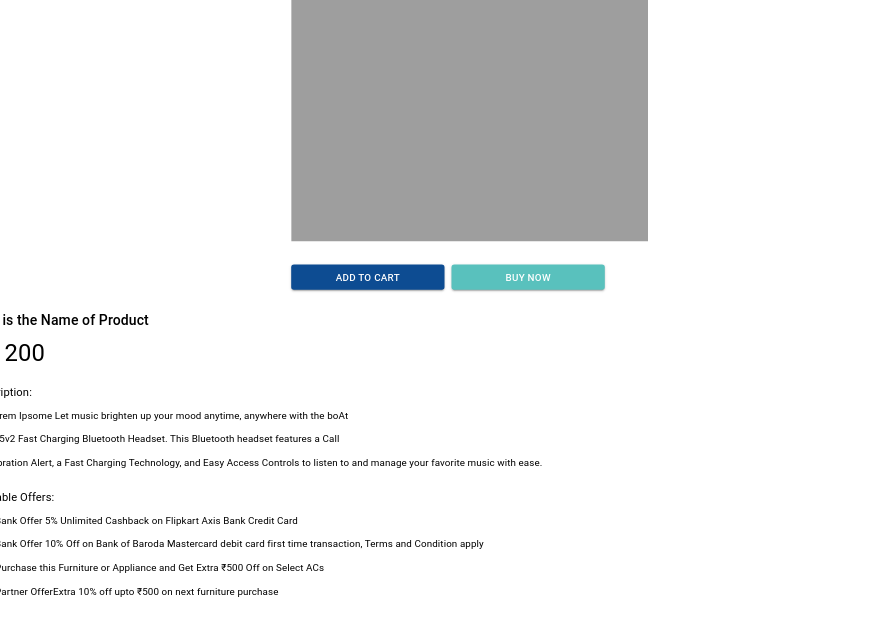
Repository: robin-fareye/reactjs-frontend-flipzone
Page: /
These files come from the project's save history. The page is drawn as it stood at one moment and after a run of saves; the edit follows.
The browser window is 1280 px wide. The pictures show the part of the page from y = 0 to 1920 px (the page is 889 px tall before and 3126 px after), at 70% of full size.
Pictures or frames that could not be fetched are drawn as grey boxes. The project was rebuilt for these pictures with package versions that can differ from the ones it lists, and the page was loaded fresh each time. Also part of the build but not shown: src/App.css, src/api/Login.js, src/component/auth/Login.js, src/component/category/Category.css, src/component/category/Category.js, src/component/header/Header.css, src/component/header/Header.js, src/component/helper/Slide.css and 5 more.

Above is the page before, as saved 2022-11-14 19:17:12.

### src/App.js
import React from 'react';
import './App.css';
import Login from './component/auth/Login';
import Category from './component/category/Category';
import Header from './component/header/Header';
import Home from './component/home/Home';
import Cart from './component/Cart/Cart';
import ProductCatalouge from './component/ProductCatalogue/ProductCatalouge';
import ProductDetails from './component/ProductDetails/ProductDetails';
import CheckoutPage from './component/Checkout/CheckoutPage';
import RetailerAddProduct from './component/retailer/RetailerAddProduct';
function App() {
  return (
    <div>

      <ProductDetails/>

    </div>
  );
}

export default App;

### src/component/ProductDetails/ProductDetails.js
import { Box, Button, Typography } from '@mui/material'
import React from 'react'
import "./ProductDetails.css"
import LocalOfferIcon from '@mui/icons-material/LocalOffer';
import ArrowRightIcon from '@mui/icons-material/ArrowRight';

const des="Lorem Ipsome Let music brighten up your mood anytime, anywhere with the boAt#235v2 Fast Charging Bluetooth Headset. This Bluetooth headset features a Call#Vibration Alert, a Fast Charging Technology, and Easy Access Controls to listen to and manage your favorite music with ease."
const description=des.split("#")

const ProductDetails = () => {
  return (
    <Box className='main-container'>
        <Box className='image-container'>
            <img
            className='image-item'
            src='https://rukminim1.flixcart.com/image/416/416/kcgk1ow0/headphone/n/u/a/235v2-fast-charging-boat-original-imaftk6us4af7bca.jpeg?q=70'
            alt='image'
            />
            <Box className='action-button-container'>
            <Button className='action-button cart-button' variant="contained">Add To Cart</Button>
            <Button className='action-button buy-now-button' variant="contained">Buy Now</Button>
            </Box>
        </Box>
        <Box className='details-container'>
            <Typography className='mrbt-10' variant='h6' >This is the Name of Product</Typography>
            <Typography className='mrbt-10 section' variant='h4'>$ 1200</Typography>
            <Typography className='mrbt-10' variant='body1'>Description: </Typography>
            <Box className='section'>
            {description?.map((listItem)=>{
                return(
                    <Box className='description-container mrbt-10'>
                        <ArrowRightIcon className='icon-tag' />
                        <Typography  variant='body2'>{listItem}</Typography>
                    </Box>
                )
            })}
            </Box>
            {/* <Typography className='mrbt-10' variant='body2'>{des}</Typography> */}
            <Typography className='mrbt-10 ' variant='body1'>Available Offers: </Typography>
            <Box className='offer mrbt-10'>
                <LocalOfferIcon className='icon-tag'/>
                <Typography variant='body2'>Bank Offer 5% Unlimited Cashback on Flipkart Axis Bank Credit Card</Typography>
            </Box>
            <Box className='offer mrbt-10'>
                <LocalOfferIcon className='icon-tag'/>
                <Typography variant='body2'>Bank Offer 10% Off on Bank of Baroda Mastercard debit card first time transaction, Terms and Condition apply</Typography>
            </Box>
            <Box className='offer mrbt-10'>
                <LocalOfferIcon className='icon-tag'/>
                <Typography variant='body2'>Purchase this Furniture or Appliance and Get Extra ₹500 Off on Select ACs</Typography>
            </Box>
            <Box className='offer mrbt-10'>
                <LocalOfferIcon className='icon-tag'/>
                <Typography variant='body2'>Partner OfferExtra 10% off upto ₹500 on next furniture purchase</Typography>
            </Box>
        </Box>
    </Box>
  )
}

export default ProductDetails

### src/component/auth/Login.css
.body{
    padding: 0px;
}
.main-container{
    display: flex;
    height: 100vh;
    padding: 0px !important;
}
.left-section{
    width: 40%;
    background-color:#0D4C92;
    padding:250px;
}
.right-section{
    width: 60%;
    /* padding: 100px; */
    display: flex;
    align-items: center;
    justify-content: center;
}
.login-container{
    display: flex;
    flex-direction: column;
    /* border: 1px solid black; */
}
.welcome-text{
    margin-bottom: 20px !important;
    margin: 10px !important;
}
.welcome-subtext{
    color: gray;
    margin: 10px !important;
}
.auth-text-field{
    margin: 10px  !important;
}
.login-button{
    margin-top: 10px !important;
    background-color: #0D4C92;
    color: aliceblue;
    font-weight: 600;
    margin: 10px !important;
}
.sign-up-container{
    display: flex;
    margin: 10px;
    margin-top: 0px !important;
}
.sign-up-text{
    color: grey;
    padding-top:6px;
    margin: 10px;
}
.sign-up-text-button{

}
.left-box-text{
    color: azure;
    margin-bottom: 20px !important;
}
.logo-image{
    height: 50%;
    width: 30%;
}
#user-type{
    margin: 10px;
    color: gray;
}
.user-type-item{
    margin-left: 0px !important;
    margin-right: 10px !important;
}

### src/component/Cart/Cart.css
body{
    padding: 10px 70px;
}
.main-container{
    display: flex;
    height: 100vh;
}
.item-list{
    width: 65%;
}
.order-details{
    width: 35%;
}
.order-list-header{
    height: 60px;
    border: 1px solid rgb(172, 171, 171);

}
.item-count{
    font-weight: 800 !important;
    font-size: 22px !important;
    margin: 12px !important;
}
.card-list-container{
    margin-top: 10px;
    display: flex;
    height: 200px;
    border: 1px solid rgb(172, 171, 171);
    /* border-top: 0px; */
}
.image-and-count{
    width: 25%;
    display: flex;
    justify-content: center;
}
.description{
    padding: 10px;
    width: 75%;
}
.action-button-container{
    display: flex;
    align-items: center;
}
.counter{
    display: flex;
    height: 30px;
    width: 90px;
    border: 1px solid rgb(161, 159, 159);
    border-radius: 5px;
}
.add-box{
    width: 30px;
    display: flex;
    justify-content: center;
    align-items: center;
}
.remove-box{
    width: 30px;
    display: flex;
    justify-content: center;
    align-items: center;
}
.count-box{
    width: 30px;
    border-right:1px solid rgb(161, 159, 159);
    border-left:1px solid rgb(161, 159, 159);
    display: flex;
    justify-content: center;
    align-items: center;
}
.summery-card{
    border: 1px solid rgb(172, 171, 171);
    margin-left: 20px;

}
.summery-header{
    border-bottom: 1px solid rgb(172, 171, 171);
    height: 60px;
    display: flex;
    padding-left: 10px;
    align-items: center;
}
.summery-content{
    padding:12px;
}
.table-structure{
    margin-bottom: 20px;
    display: flex;
    justify-content: space-between;
}

### src/component/ProductDetails/ProductDetails.css
.main-container{
    display: flex;
    /* width: 100vw; */
    height: 95vh;
    padding: 20px;
}
.image-container{
    width: 35%;
    /* height: 100vh; */
}
.details-container{
    width: 65%;
    padding: 20px;
    margin-right: 560px;
    margin-left: 30px;
}
.image-item{
    width: 510px;
    height: 510px;
    margin-top: 40px;
}
.action-button-container{
    margin-top: 22px;
    display: flex;
    height: 50px;
    gap: 10px;
}
.action-button{
    width: 50%;
}
.cart-button{
    background-color: #0D4C92 !important;
}
.buy-now-button{
    background-color: #59C1BD !important;
}
.offer{
    display: flex;
    gap: 10px;
}
.mrbt-10{
    margin-bottom: 10px !important;
}
.section{
    margin-bottom: 24px !important;
}
.icon-tag{
    color:#0D4C92 ;
}
.description-container{
    display: flex;
}

### src/component/Checkout/CheckoutPage.css
body {
    padding: 0px;
    margin: 0px;
}

.checkout-container {
    display: flex;

}

.address-container {
    width: 50%;
    height: 60px;
    padding: 20px;
}

.payment-details {
    padding: 20px;
    width: 50%;
}

.address-table {
    border: 1px solid rgba(139, 138, 138, 0.664);
    padding: 20px;
    display: flex;
    flex-direction: column;
}

.checkout-fields {
    margin: 10px !important;
}

.payment-table {
    border: 1px solid rgba(139, 138, 138, 0.664);
    padding: 20px;
    display: flex;
    flex-direction: column;
    justify-content: center;
}

.order-button {

    width: 30%;
    margin-top: 20px !important;
    margin-left: 11px !important;
}

### src/component/retailer/RetailerAddProduct.css
.main-container{
    display: flex;
    flex-direction: column;
    align-items: center;
    justify-content: center;
}
.container-header{
    margin-bottom: 20px !important;
    margin: 10px !important;
}
.text-field{
    margin: 10px !important;
}
.add-button{
    margin-top: 10px !important;
    background-color: #0D4C92;
    color: aliceblue;
    font-weight: 600;
    margin: 10px !important;
}

### src/component/ProductCatalogue/ProductCatalouge.js
import { Box, Typography, Grid, Button, Divider } from '@mui/material'
import React, { useState, useEffect } from 'react'

const ProductCatalouge = () => {

    const [sort, setSort] = useState("asc");

    const getCardItem=(item)=>{
        return (
        <Box className='card-container'>
            <img
            style={{height:"60px"}}
            className='image-item-catalouge'
            src='https://rukminim1.flixcart.com/image/416/416/kcgk1ow0/headphone/n/u/a/235v2-fast-charging-boat-original-imaftk6us4af7bca.jpeg?q=70'
            alt='image'
            />
            <Typography>{item.name}</Typography>
            <Typography>{item.price}</Typography>
            <Typography>{item.description}</Typography>
        </Box>
        )
    }
    const catagories=["cat1","cat2","cat3","cat4"]
    const items=[
        {
            name:"SOme item name",
            price:"$500",
            description:"something described"
        },
        {
            name:"SOme item name",
            price:"$500",
            description:"something described"
        },
        {
            name:"SOme item name",
            price:"$500",
            description:"something described"
        },
        {
            name:"SOme item name",
            price:"$500",
            description:"something described"
        },
        {
            name:"SOme item name",
            price:"$500",
            description:"something described"
        },
    ]

  return (
    <Box className='main-catalouge-container'>
       {catagories?.map((item)=>{
        return(
            <Box className='catagory-container'>
                <Box className='container-header'>
                    {item}
                </Box>
                <Box className='container-body'>
                    <Grid item lg={10}>
                        <Box className='sort'>
                            <Typography>Sort by</Typography>
                            {/* <Button onClick={() => setSort("popular")}>Popularity</Button> */}
                            <Button onClick={() => setSort("asc")}>Price--low to high</Button>
                            <Button onClick={() => setSort("desc")}>Price--high to low</Button>
                        </Box>
                        <Divider />
                        <Box className="inner-body">
                            {
                                items.sort((a, b) => sort === "asc" ? a.price - b.price : b.price - a.price)
                                .map((items) => {
                                    return (
                                        getCardItem(items)
                                    )
                                })
                            }
                        </Box>
                    </Grid>
                </Box>
            </Box>
        )
       })}
    </Box>
  )
}

export default ProductCatalouge

 {/* {
            items?.map((item)=>{
                return getCardItem(item)
            })
        } */}

Loaded but not shown: public/index.html (common file); src/index.js (common file); src/index.css (common file); src/reportWebVitals.js (common file)

After the next 2 saves:
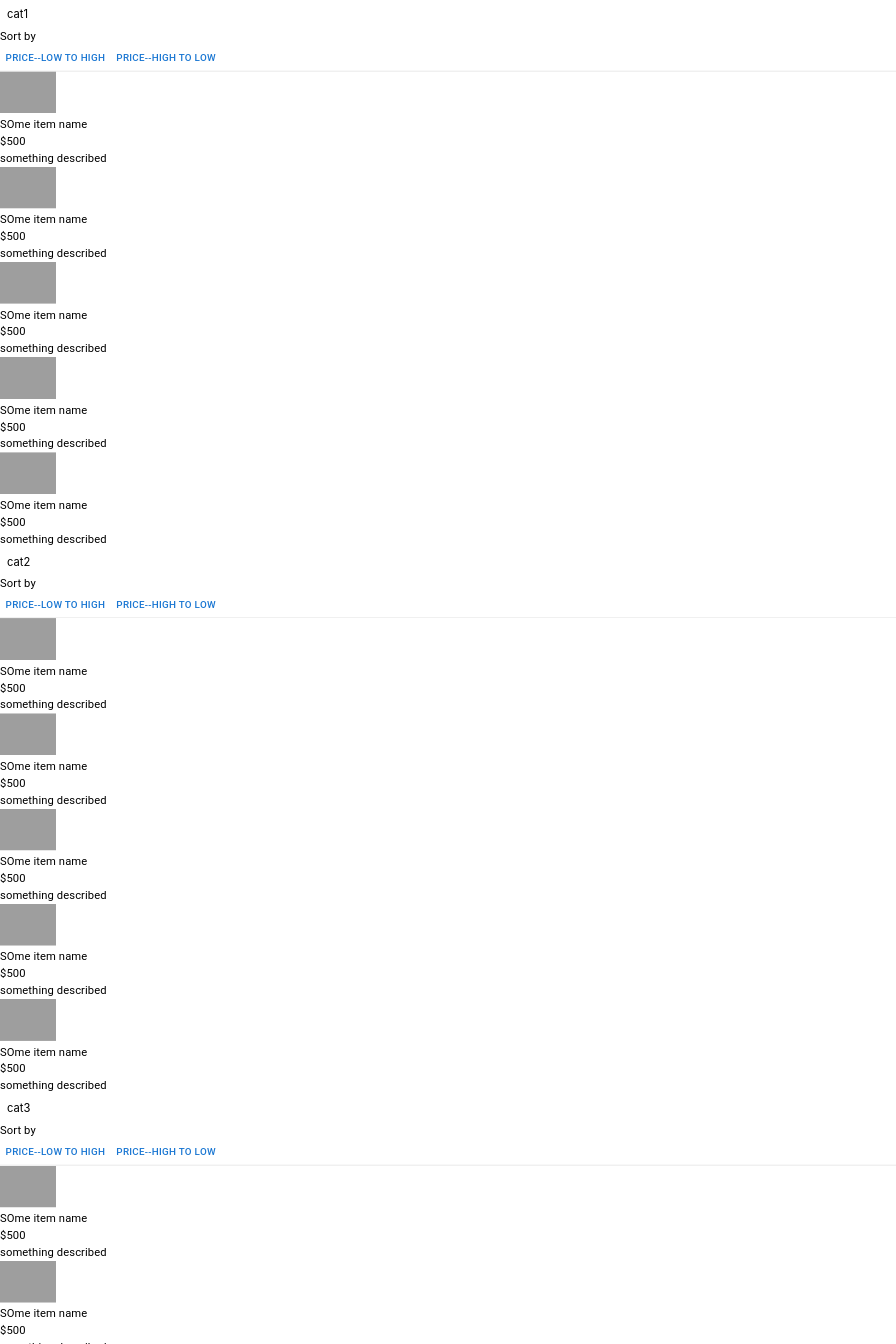
The 2 saves are shown as one change because 1 did not build or start.
The last was saved 42 s later.
--- a/src/App.js
+++ b/src/App.js
@@ -13,7 +13,7 @@ function App() {
   return (
     <div>
 
-      <ProductDetails/>
+      <ProductCatalouge/>
 
     </div>
   );
